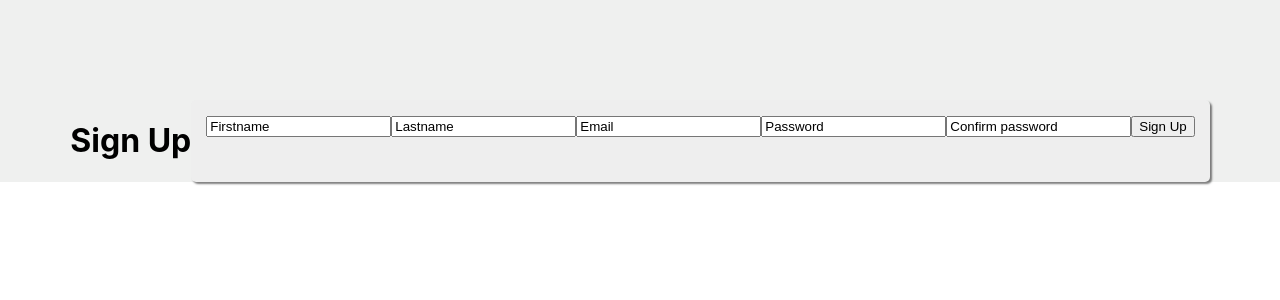
Repository: khamraeva/JSP-homework1-sighup
Page: /
These files come from the project's save history. The page is drawn as it stood at one moment and after the next save; the edit follows.
The browser window is 1280 px wide. The pictures show the whole page.
The project was rebuilt for these pictures with package versions that can differ from the ones it lists, and the page was loaded fresh each time.

Above is the page before, as saved 2020-07-22 16:31:04.

After the next save:
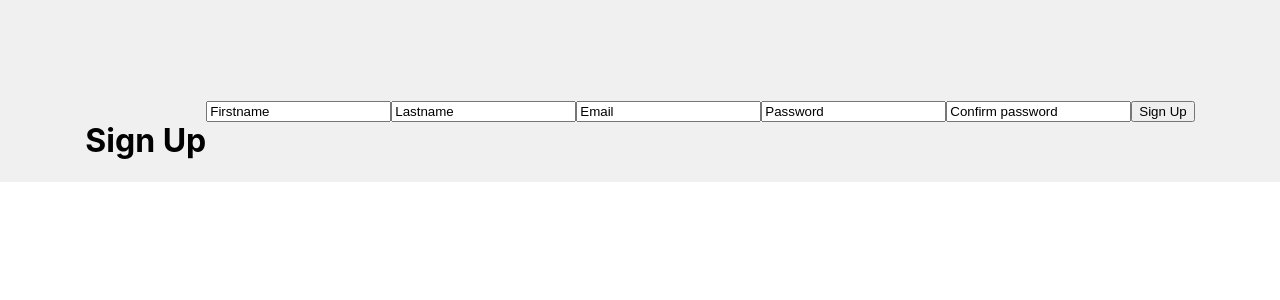
Saved 51 s later.
--- a/src/Components/SignUp/SignUp.css
+++ b/src/Components/SignUp/SignUp.css
@@ -6,20 +6,3 @@
     width: 100%;
     background: rgb(239, 240, 239);
 }
-
-.signup-container > div {
-    width: 100%;
-    max-width: 600px;
-    padding: 0 20px;
-}
-
-.signup-container h1 {
-    text-align: center;
-}
-
-.signup-form {
-    background: #eee;
-    box-shadow: 2px 2px 2px rgba(0, 0, 0, .5);
-    padding: 15px;
-    border-radius: 5px;
-}
